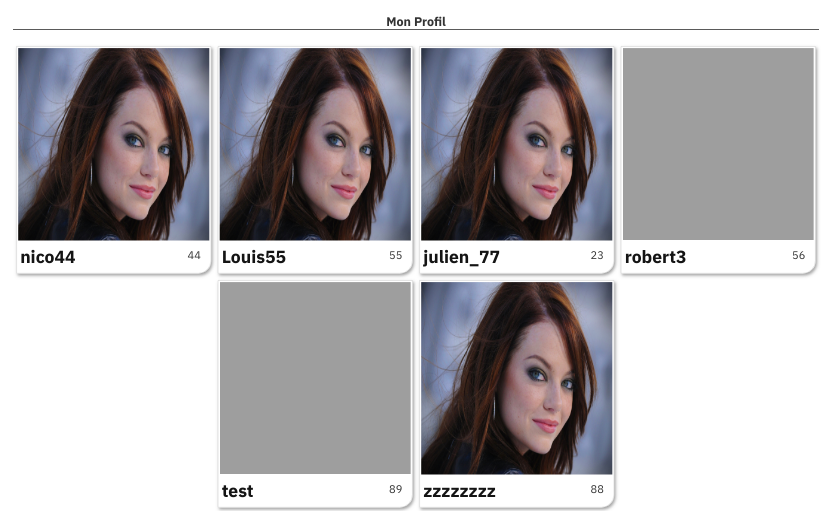
Repository: remi77130/forum
Page: http://localhost/Forum/profil_membre.php
The author's editor kept a copy of each file at every save. The page is drawn from the files as they stood at one save, then again after the next save.
The browser window is 1280 px wide. The pictures show the whole page, at 65% of full size.
Pictures or frames that could not be fetched are drawn as grey boxes. The page is run by PHP 8.4 with error messages shown; the project is at /var/www/html/. The session is filled in as if someone had signed in: {"id": 1, "pseudo": "testuser", "mail": "test@example.com"}. Other server files are loaded and not shown. The database holds what the project's SQL file puts in it.

Above is the page before, as saved 2022-08-14 20:35:07.

### profil_membre.php
<!-- Page affichage des membres -->
<!DOCTYPE html>
<html lang="en">
<link rel="stylesheet" href="assets/profil_membre.css">



<style>
@import url('https://fonts.googleapis.com/css2?family=IBM+Plex+Sans:ital,wght@0,400;0,500;0,700;1,400&family=Lato&display=swap');
</style>

<style>@import url('https://fonts.googleapis.com/css2?family=IBM+Plex+Sans:ital,wght@0,400;0,500;0,700;1,400&family=Lato&display=swap');
</style>

<body>


<?php

require 'require/database.php';
include 'profil.php';
include 'includes/head.php';

?>




<?php

$requser = "SELECT * FROM membres ORDER BY id DESC";
$requete = $bdd->query($requser);
// RECUPERE LES DONEES
$articles = $requete->fetchAll(); ?>



<header class="header_profil_membre">
    <div class="profil_link">
<a href="profil.php?id=<?= $_SESSION['id'] ?>">Mon Profil</a>  <!-- aFFICHAGE  PROFIL SI ID EXISTE-->
    </div>
</header>





<section class="hero_index">

<?php foreach($articles as $articles) :?>



<a href="profil.php?id=<?= $articles['id']?>"> <div class="user_container">

<img src="membres\avatars/<?php echo $articles['avatar']; ?>" alt="photo_profil" width="150">


<div class="user_info">

<div>
    <h2><?php echo $articles['pseudo'] ?>
</div>

<div class="age">
    <span><?php echo $articles['age'] ?></span> </h2>
</div>



</div>

</a>

    </div>



    <?php endforeach; ?>
</section>

</body>


</html>

### require/database.php
<?php


try{
    // LIVE $bdd = new PDO('mysql:host=localhost;dbname=oemr6702_forum;charset=utf8;', 'oemr6702_remi', 'Remi123&');
     $bdd = new PDO('mysql:host=localhost;dbname=forum;charset=utf8;', 'root', '');

}



catch(Exception $e){

    die('Une erreur à été trouvée : ' . $e->getMessage());
}

### profil.php
<?php
include 'verif.php'; // BDD AND SESSION
include 'includes/head.php';
?>


<?php
if(isset($_GET['id']) AND $_GET['id'] > 0) {
?>
<?php include 'includes/get_message.php';?>

<html>

<head>

<link rel="stylesheet" href="assets/profil.css">
<link rel="preconnect" href="https://fonts.googleapis.com">
<link rel="preconnect" href="https://fonts.gstatic.com" crossorigin>
<link href="https://fonts.googleapis.com/css2?family=IBM+Plex+Sans:ital,wght@0,400;0,500;0,700;1,400&display=swap" rel="stylesheet">
</head>

   <body>

      <section class="section_profil_membre">            <!-- Profil visible-->

   <div class="profil_membre">



   <div>
     <img src="membres\avatars/<?php echo $userinfo['avatar']; ?>" alt="photo_profil"><br>

   </div>

   <div class="info_profil">

   <div>
      <h2><?php echo $userinfo['pseudo']; ?></h2>

   </div>



   <div class="descr_profil">

   <p>
   <?php echo $userinfo['description_profil']; ?>
   </p>

   </div>



   <div class="created_profil">

   <p>

   <?php echo "profil crée le " .$userinfo['createdAt']; ?>

   </p>

   </div>

 </div>

</div>

<!-- MESSAGERIE  -->
<div class="parent_message_profil_user">

<div class="message_profil_user">
      <?php
         if($_SESSION['id'] != $userinfo['id']){
      ?>
        <form method="POST" >
        <label style="display:block">Objet:</label>

         <input class="input_object_form_profil" type="submittext" name="objet" <?php if(isset($o)) {  echo 'value="'.$o.'"'; } ?> /> </br>
         <label style="display:block">  Pièce jointe : </label><br>

         <input class="input_file_form_profil" type="file" name="img_msg"> <br><br>

         <label style="display:block">  Ecrire un message : </label><br>
         <textarea placeholder="Votre message" name="message"></textarea><br>

         <input class="input_submit_form_profil" type="submit" value="Envoyer" name="envoi_message" />

        </form>
</div> <!--FIN MESSAGERIE  -->
</div> <!--FIN PARENT MESSAGERIE  -->

         <?php if(isset($error)) { echo '<span style="color:red">'.$error.'</span>';

         }
         ?>

<div>
   <a href="profil_membre.php">Acceuil</a>

</div>

        <?php

         }



      ?>

      </div>


<!------------------------ REQUETE AFFICHAGE ALBUM PHOTO -------->


<?php
$req = $bdd->prepare("SELECT nom, type from images INNER JOIN membres on membres.id=images.id WHERE membres.id=?");
 // REQUETE DE SELECTION DANS LA BDD JOINTURE DE TABLES
$req->setFetchMode(PDO::FETCH_ASSOC);
$req->execute(array($_GET["id"]));
$tab=$req->fetchAll();
?>

<!-- LOOP : AFFICHE DES IMAGES -->

<?php // AFFICHAGE IMAGES ALBUM
include 'Images_album.php';

?>


                <!----LIKE DISLIKE EN COURS DE DEV


<a href="actions/action.php?t=1&id=<?= $id ?>">J'aime</a> (15) <br> <br>  t pour le type d'action <br>
<a href="actions/action.php?t=2&id=<?= $id ?>">Je n'aime pas </a>(5) <br> ---->



         <!--//////////////////// FICHE PROFIL PRIVEE USERS CONNECT    ///////////////////---->

         <?php
         if(isset($_SESSION['id']) AND $userinfo['id'] == $_SESSION['id']) { // SI USER CONNECT


         ?>
       <!---   FORM ENVOIE PHOTO ALBUM -------->
<?php include 'form_send_album_profil.html'; ?>
<?php include 'option_profil.php'; ?>

</div>

<!---- AJOUT PHOTO ALBUM --->

<?php include 'limit_send_album.php'; ?>


<!-- ON VERIFIE SI LUTILISATEUR N'A PAS DEPASSE LA LIMITE D'ENVOIE D'IMAGE-->

<?php

   // ON récupère la limitation d'ajout de l'image
   $reqparam = $bdd->prepare('SELECT * FROM param WHERE id = 1');
   $reqparam->execute();
   $param = $reqparam->fetch();
   if(count($tab)<$param['limit_image_album']){ // STARTIF OF LIMIT IMAGE : Si le compteur utilisateur est inférieur à la limitation d'ajout d'image aux albums
?>




 <?php
   }

else{ // ELSE OF LIMIT ALBUM
 ?>
    <p style="color:red"> Vous avez atteint la limite d'ajout d'images. <p>
   <?php
      } // ENDIF OF LIMIT ALBUM
   ?>



   <?php
      }
      ?>


      </section>

   <!-- Commentaires---->
<div class="comment_profil">

<?php
include 'comment.php';
include 'send_comment.php';

?>
</div>

<?php

?>
      </section>


   </body>
</html>

<?php
}
?>

### verif.php
<?php
session_start();
require 'require/database.php';

?>

### includes/head.php

<head>
    <meta charset="UTF-8">
    <meta http-equiv="X-UA-Compatible" content="IE=edge">
    <meta name="viewport" content="width=device-width, initial-scale=1.0">
    <title>Chanderland</title>
</head>

### assets/profil_membre.css
*
{
    margin: 0;
    padding: 0;

    box-sizing: border-box;

}


.header_profil_membre
{
display: flex;
border-bottom: 0.5px solid black;
justify-content: center;
margin: 20px;
}


.profil_link a
{
text-decoration: none;
color: #333;
font-size: 1.2em;
font-weight: bold;
font-family: 'IBM Plex Sans';


}

.profil_link a:hover{

    color: rgb(0, 0, 0);
    transition: 50ms;
}

/*
CONTAINER PROFIL MEMBRES
*/
.hero_index
{
    display: flex;
    flex-wrap: wrap;
    justify-content: center;
}

.user_container
{

    margin: 2px;
    width: 300px;
    height: 350px;
    margin: 5px;
    box-shadow: 2px 3px 5px rgba(77, 77, 77, 0.53);
    border-bottom-right-radius: 20px;
    border: 0.5px solid rgba(176, 176, 176, 0.491);

}

.user_container:hover
{
    box-shadow: 1px 1px 5px rgba(148, 148, 148, 0.53);

}

.user_container a{
    text-decoration: none;
}

.user_container img
{
    width: 100%;
    height: 300px;
    padding: 2px;
}

.user_info
{
    display: flex;
    height: auto;
    color: rgb(20, 20, 20);
    font-size:18px;
    font-family: 'IBM Plex Sans';
    justify-content: space-between;

}

.age{

    margin:5px 15px 0px 0px;
}

.user_info div{
    margin-left: 5px;
}



.user_info span{

font-size: 17px;
color: #333;

}

### forum (1).sql (the tables this page reads)
CREATE TABLE `membres` (
  `id` int(11) NOT NULL,
  `pseudo` varchar(255) NOT NULL,
  `mail` varchar(255) NOT NULL,
  `avatar` varchar(255) NOT NULL,
  `mdp` text NOT NULL,
  `age` int(11) NOT NULL,
  `sexe` text NOT NULL,
  `description_profil` text NOT NULL,
  `astrologie` varchar(255) NOT NULL,
  `image_membre` varchar(255) NOT NULL,
  `confirmKey` varchar(255) NOT NULL,
  `confirme` int(1) NOT NULL
) ENGINE=InnoDB DEFAULT CHARSET=utf8mb4;

INSERT INTO `membres` (`id`, `pseudo`, `mail`, `avatar`, `mdp`, `age`, `sexe`, `description_profil`, `astrologie`, `image_membre`, `confirmKey`, `confirme`) VALUES
(1, 'zzzzzzzz', 'patrick@gmail.com', 'default.jpg', '8cb2237d0679ca88db6464eac60da96345513964', 88, 'Homme', '', '', '', '', 0),
(2, 'test', '56448448758554@gmail.com', '2.jpg', '8cb2237d0679ca88db6464eac60da96345513964', 89, 'Homme', ' ma descitption\r\n                 ', '', '', '', 0),
(3, 'robert3', 'robert@gmail.com', '3.jpg', '8cb2237d0679ca88db6464eac60da96345513964', 56, 'Homme', ' \r\n                 ', '', '', '', 0),
(4, 'julien_77', 'patrick2@gmail.com', 'default.jpg', '453cf2486f88c411f9ad608b563aef965cedb15d', 23, 'Homme', '', '', '', '', 0),
(5, 'Louis55', 'lousi@gmail.com', 'default.jpg', '8cb2237d0679ca88db6464eac60da96345513964', 55, 'Homme', '', '', '', '', 0),
(6, 'nico44', '4444@gmail.com', 'default.jpg', '8cb2237d0679ca88db6464eac60da96345513964', 44, 'Homme', '', '', '', '', 0);

ALTER TABLE `membres`
  ADD PRIMARY KEY (`id`);

ALTER TABLE `membres`
  MODIFY `id` int(11) NOT NULL AUTO_INCREMENT, AUTO_INCREMENT=7;

After the next save:
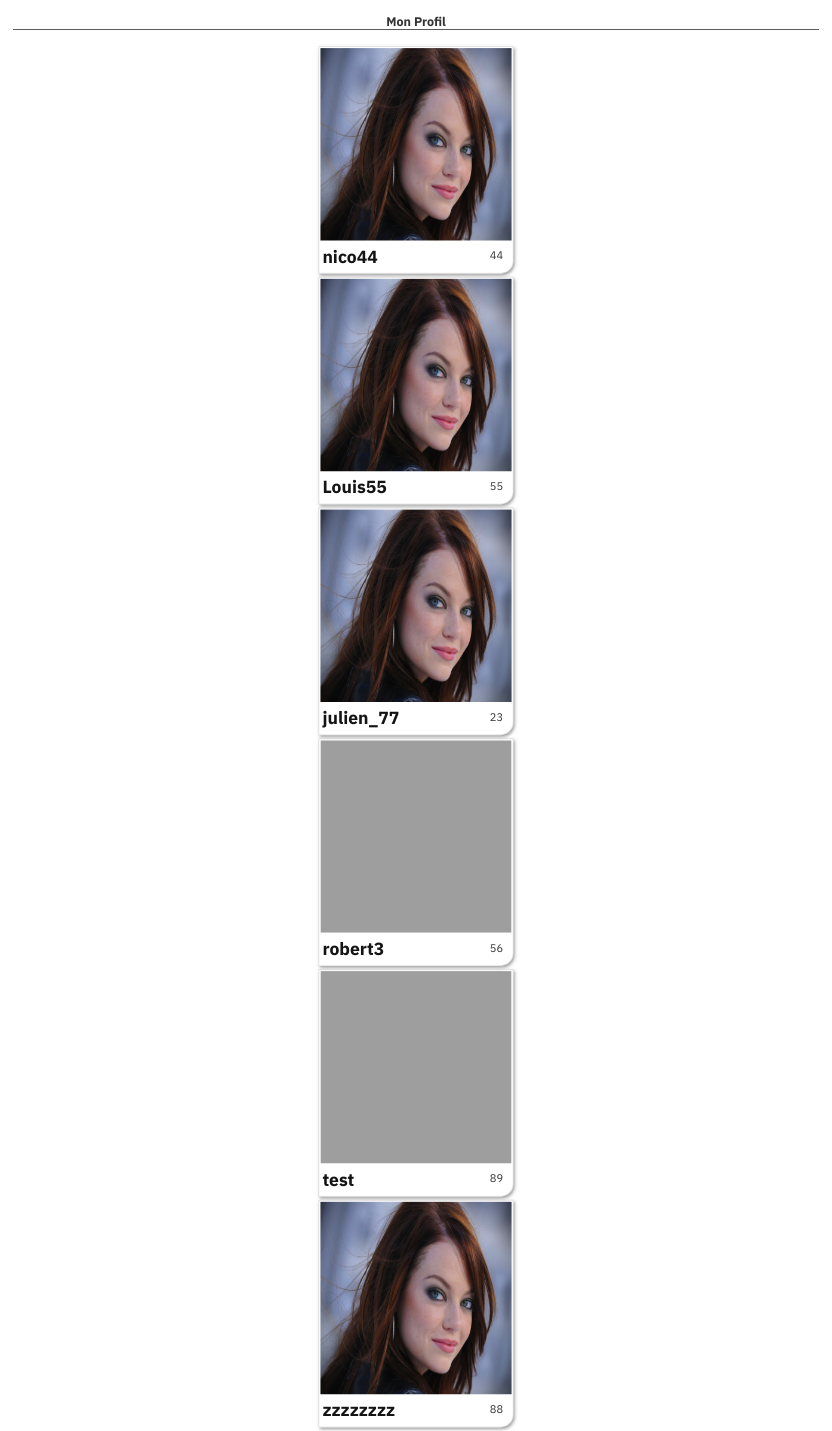
Saved 21 min 52 s later.
--- a/profil_membre.php
+++ b/profil_membre.php
@@ -50,7 +50,7 @@
 <?php foreach($articles as $articles) :?>
 
 
-
+<div class="ph">
 <a href="profil.php?id=<?= $articles['id']?>"> <div class="user_container">
 
 <img src="membres\avatars/<?php echo $articles['avatar']; ?>" alt="photo_profil" width="150">

After the save that followed:
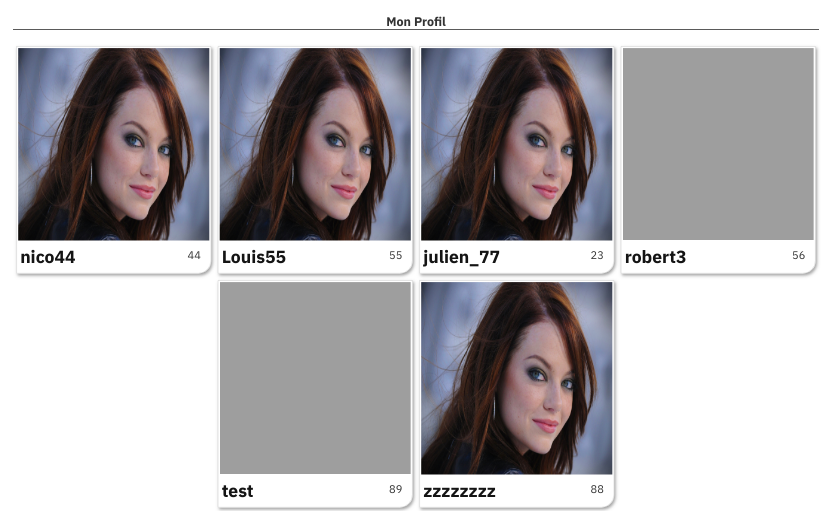
Saved 21 s later.
--- a/profil_membre.php
+++ b/profil_membre.php
@@ -50,7 +50,6 @@
 <?php foreach($articles as $articles) :?>
 
 
-<div class="ph">
 <a href="profil.php?id=<?= $articles['id']?>"> <div class="user_container">
 
 <img src="membres\avatars/<?php echo $articles['avatar']; ?>" alt="photo_profil" width="150">
